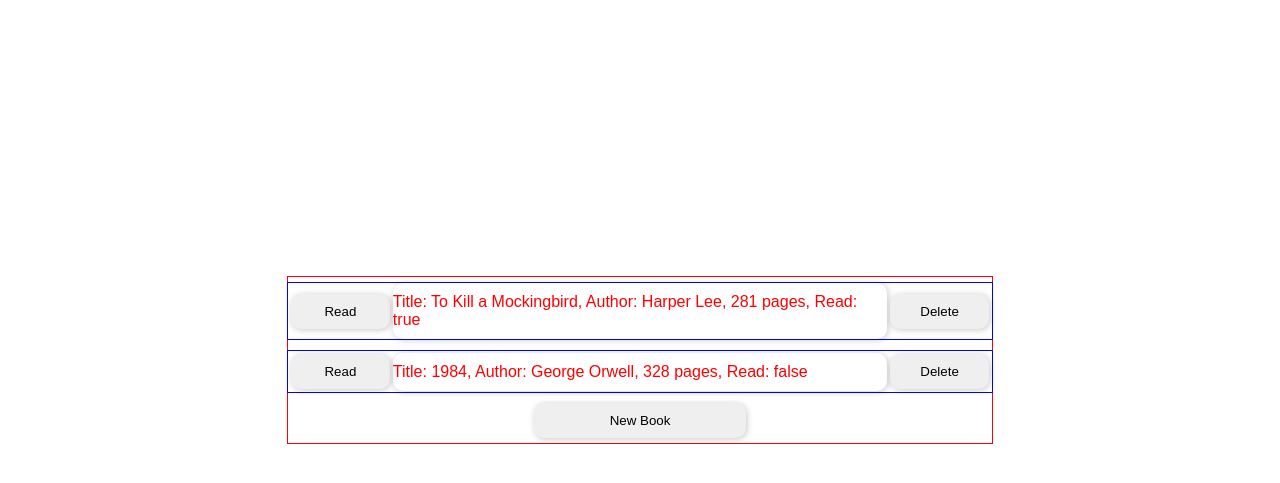
Repository: kocokoy/library
Page: index.html
These files come from the project's save history. The page is drawn as it stood at one moment and after a run of saves; the edit follows.
The browser window is 1280 px wide. The pictures show the whole page.

Above is the page before, as saved 2024-11-06 10:45:18.

After the next 2 saves:
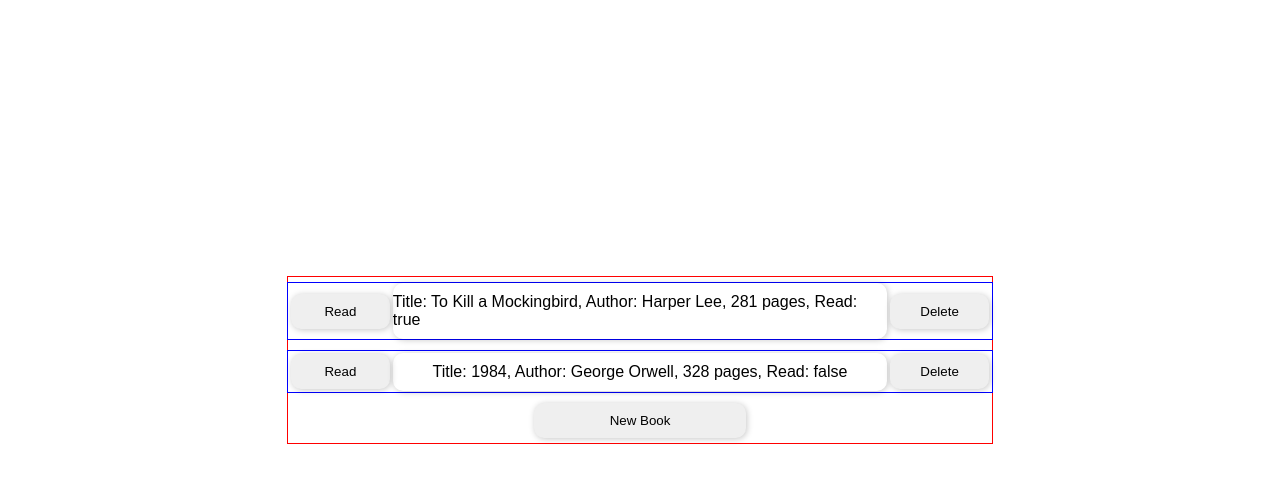
The 2 saves are shown as one change because they came seconds apart.
The last was saved 7 s later.
--- a/style.css
+++ b/style.css
@@ -47,7 +47,7 @@ body{
   display: flex;
   flex-direction: column;
   justify-content: center;
-  color: red;
+  align-items: center;
 }
 
 .book-card button{
